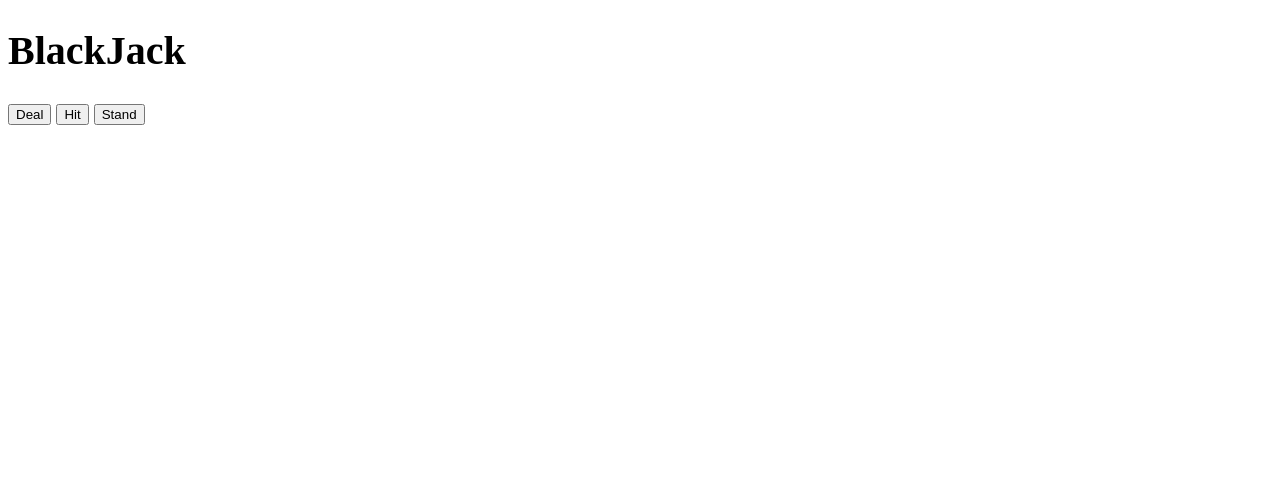
Repository: oldens/blackjack
Page: index.html
An editor plug-in stored every save of this project. The page is shown before and after the next save, followed by the edit.
The browser window is 1280 px wide. The pictures show the whole page.

Above is the page before, as saved 2025-02-01 14:21:21.

After the next save:
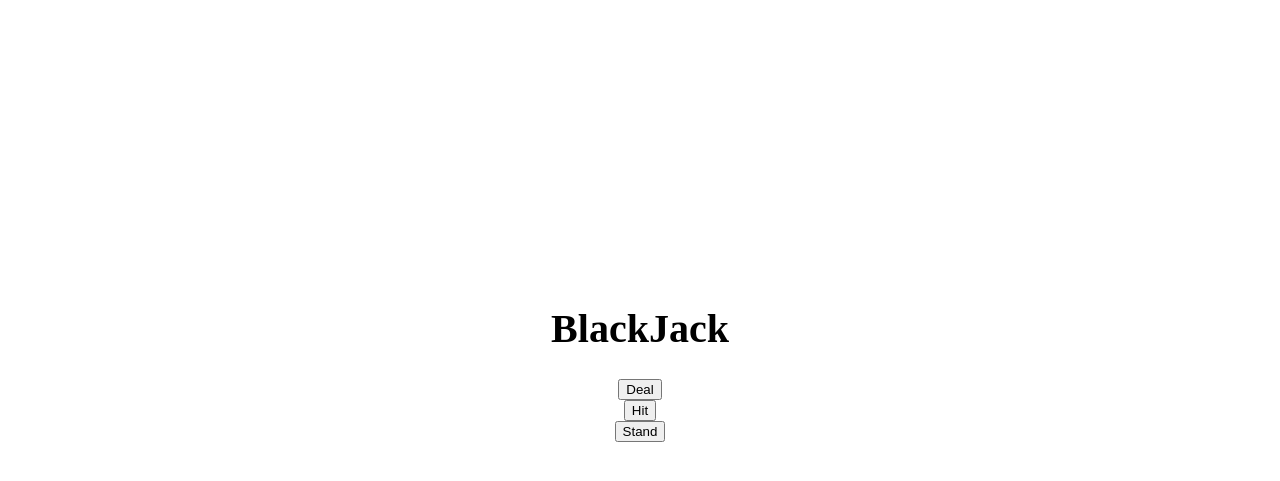
Saved 43 s later.
--- a/style.css
+++ b/style.css
@@ -1,6 +1,9 @@
 body {
+    display: flex;
     flex-direction: column;
-    font-size: 20px;
     align-items: center;
     justify-content: center;
+    font-size: 20px;
+    min-height: 100vh;
+    margin: 0;
 }
